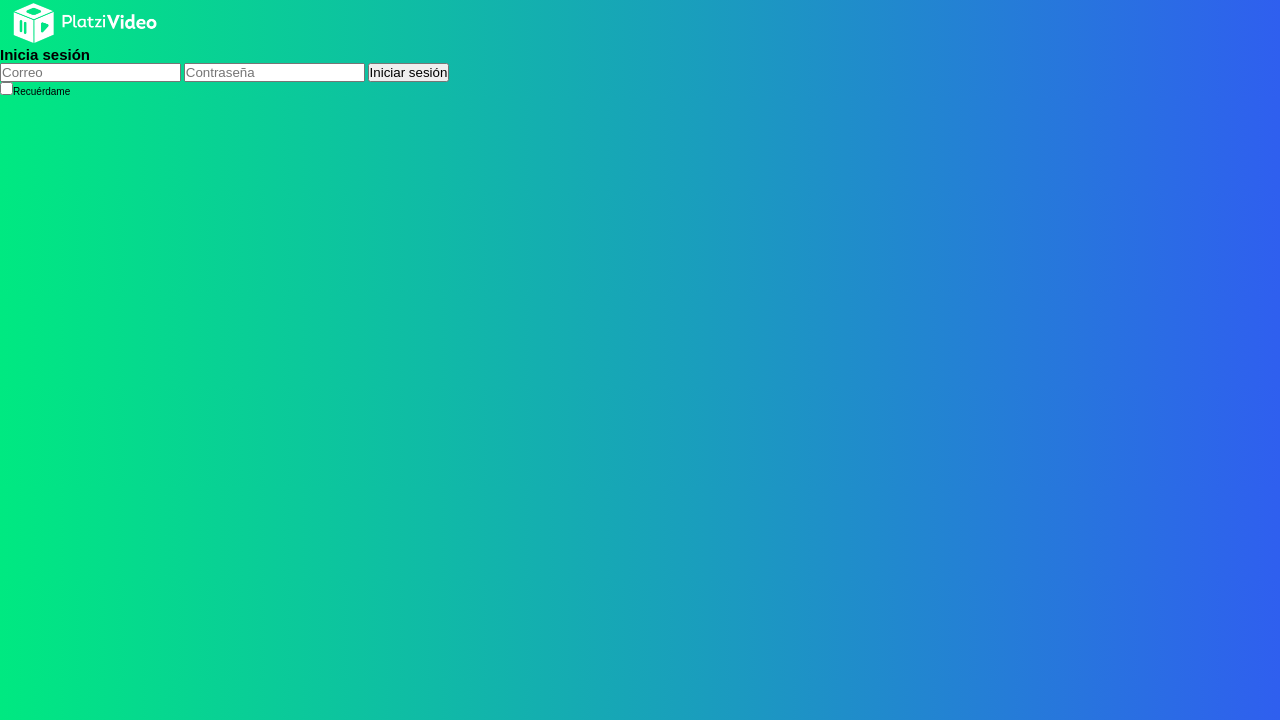
Repository: EnzoSz/Curso_frontend_dev
Page: proyecto/inicio-sesion-index.html
An editor plug-in stored every save of this project. The page is shown before and after the next save, followed by the edit.
The browser window is 1280 px wide. The pictures show the whole page.

Above is the page before, as saved 2021-03-05 21:21:38.

### proyecto/inicio-sesion-index.html
<!DOCTYPE html>
<html lang="en">
<head>
    <meta charset="UTF-8">
    <meta http-equiv="X-UA-Compatible" content="IE=edge">
    <meta name="viewport" content="width=device-width, initial-scale=1.0">
    <title>Inicio Sesión</title>
    <link rel="stylesheet" href="./CSS/style-inicio-sesion.css">
</head>
<body>
    <header>
         <img class="header__img" src="./Asset/icon/logo-platzi-video-header.png" alt="Imagen logo de platzi">
    </header>
    <main>
        <section class="login">
            <section class="login__container">
                <h2>Inicia sesión</h2>
                <form class="login__container--form">
                    <input class="input" type="text" placeholder="Correo">
                    <input class="input" type="password" placeholder="Contraseña">
                    <button class="button">Iniciar sesión</button>
                    <div class="login__container--remember-me">
                        <label>
                            <input type="checkbox" name="" id="cbox1" value="checkbox">Recuérdame
                        </label>
                    </div>
                </form>
            </section>
        </section>
    </main>

</body>
</html>

### proyecto/CSS/style-inicio-sesion.css
* {
    margin: 0;
    padding: 0;
    box-sizing: border-box;
}
html {
    font-size: 62.5%;
}
body {
    background-color: #00e981;
    background-image: linear-gradient(90deg, #00e981 0%, #2f5fef 100%);
    font-family: 'Mulish', sans-serif;
    margin: 0;
}
.header {
    width: 100%;
    height: 50px;
    background-color: #00e981;
    background-image: linear-gradient(90deg, #00e981 0%, #2f5fef 100%);
    display: flex;
    justify-content: space-between;
    align-items: center;
}
.header__img {
    display: flex;
    align-items: center;
    width: 150px;
    margin:0 0 0 10px;
    height: auto;
}

After the next save:
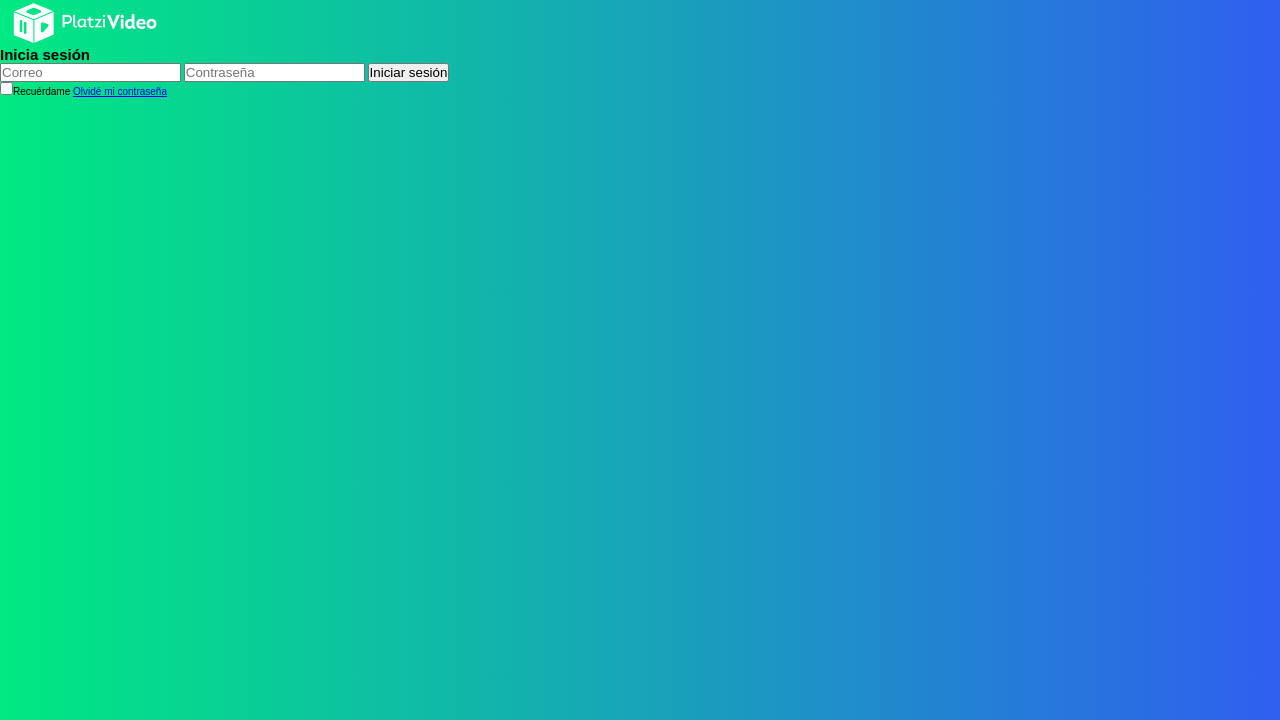
Saved 69 s later.
--- a/proyecto/inicio-sesion-index.html
+++ b/proyecto/inicio-sesion-index.html
@@ -23,6 +23,7 @@
                         <label>
                             <input type="checkbox" name="" id="cbox1" value="checkbox">Recuérdame
                         </label>
+                        <a href="#">Olvidé mi contraseña</a>
                     </div>
                 </form>
             </section>
